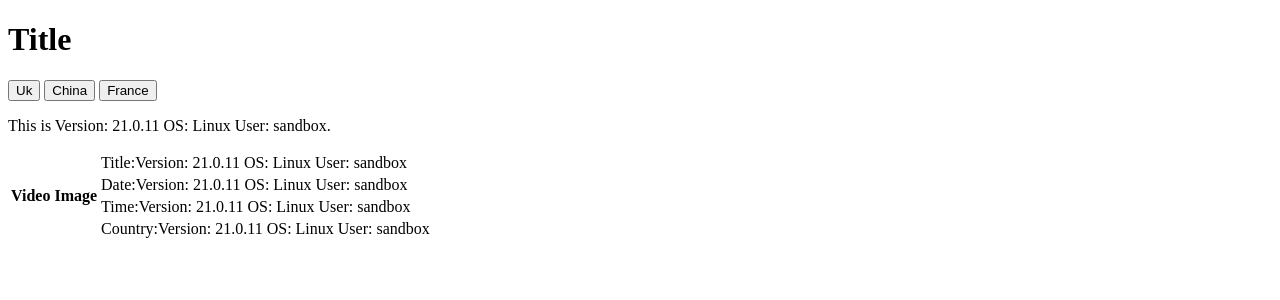
Repository: isauraAlmar/App-Engine-and-Internationalization-with-Java
Page: http://localhost/Marven/
The author's editor kept a copy of each file at every save. The page is drawn from the files as they stood at one save, then again after the next save.
The browser window is 1280 px wide. The pictures show the whole page.
Some web fonts or font styles are not loaded; a fallback is used. The page is served by Tomcat 9.

Above is the page before, as saved 2017-05-05 08:08:13.

After the next save:
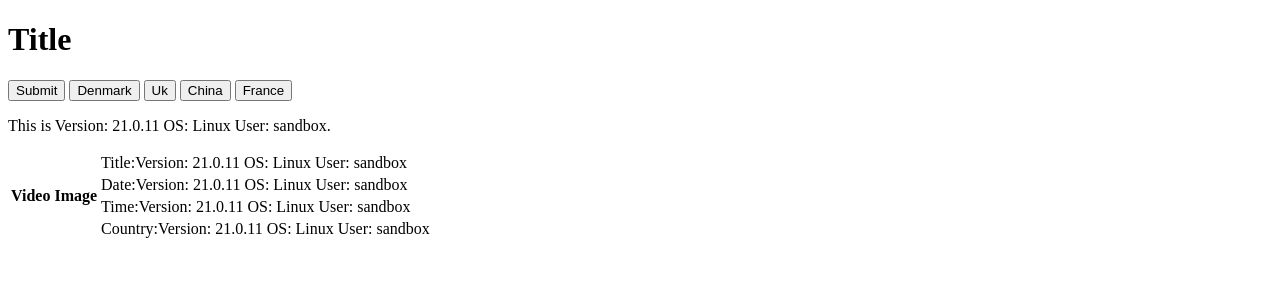
Saved 16 min 30 s later.
--- a/Marven/src/main/webapp/index.jsp
+++ b/Marven/src/main/webapp/index.jsp
@@ -28,6 +28,9 @@
 
     <h1> Title </h1>
 
+    <input type="submit" value="Submit">
+
+    <button >Denmark</button>
 	<button >Uk</button>
 	<button >China</button>
 	<button >France</button>
